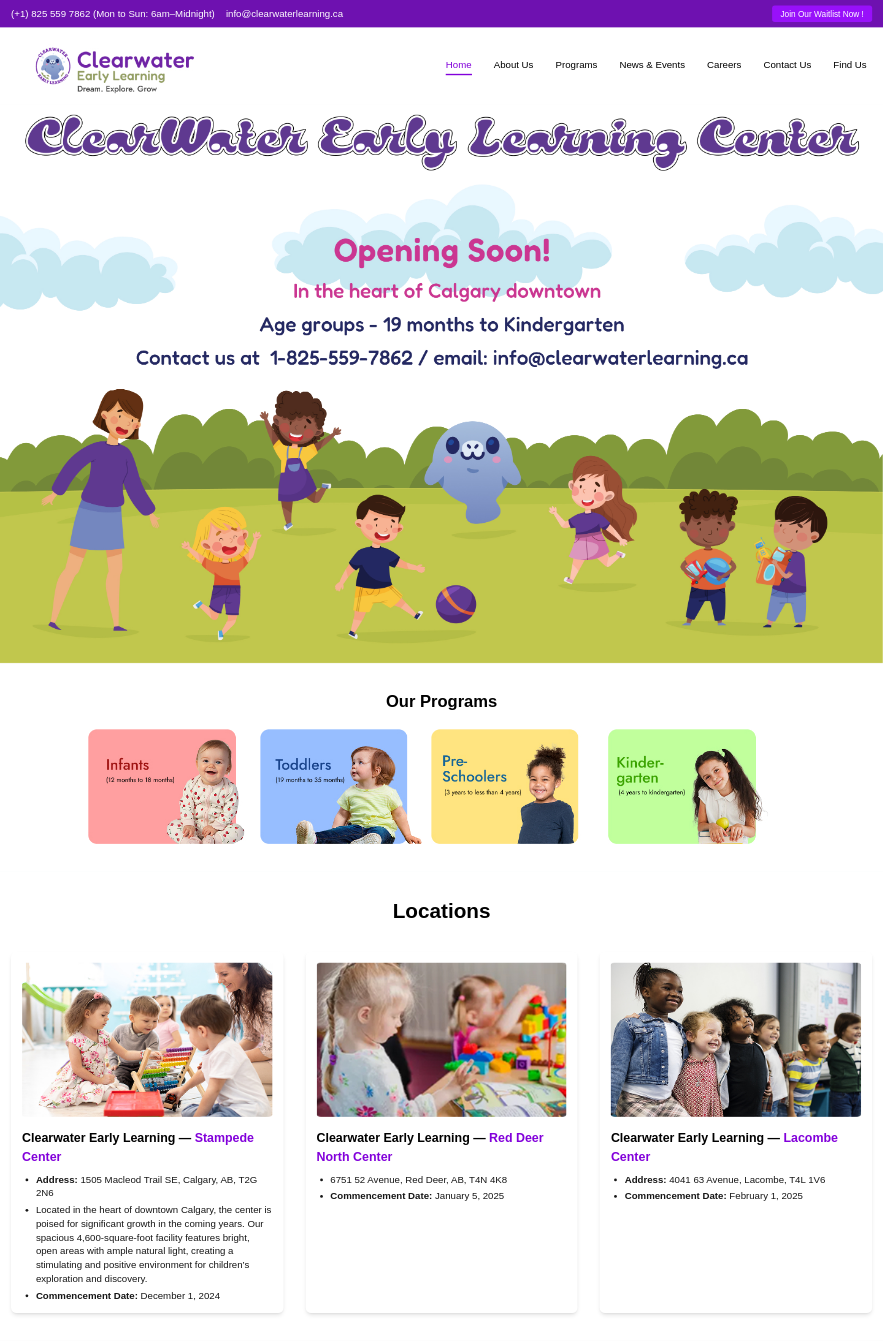
Repository: harshikabodekar/Daycare-Site
Page: /
The author's editor kept a copy of each file at every save. The page is drawn from the files as they stood at one save, then again after the next save.
The browser window is 1280 px wide. The pictures show the whole page, at 69% of full size.
The project was rebuilt for these pictures with package versions that can differ from the ones it lists, and the page was loaded fresh each time. The framework's server and built-in components were replaced by stand-ins that run in the browser. Also part of the build but not shown: next.config.mjs.

Above is the page before, as saved 2025-06-23 11:51:21.

After the next save:
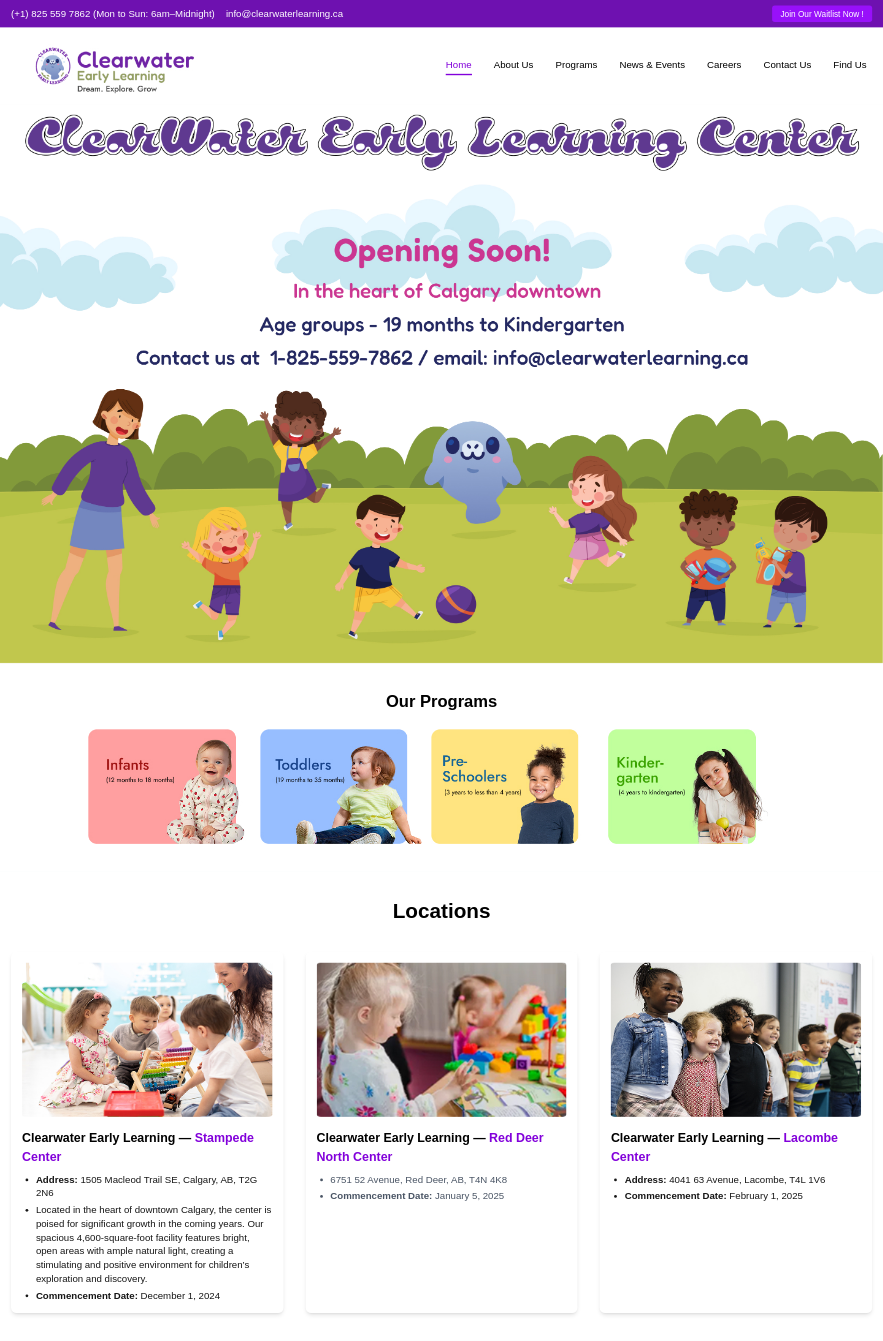
Saved 6 s later.
--- a/components/home/Location.jsx
+++ b/components/home/Location.jsx
@@ -51,7 +51,7 @@
               Clearwater Early Learning —{" "}
               <span className="text-purple-700">Red Deer North Center</span>
             </h3>
-            <ul className="list-disc pl-5 text-sm mt-2 text-g space-y-1">
+            <ul className="list-disc pl-5 text-sm mt-2 text-gray-600 space-y-1">
               <li>6751 52 Avenue, Red Deer, AB, T4N 4K8</li>
               <li>
                 <strong>Commencement Date:</strong> January 5, 2025
